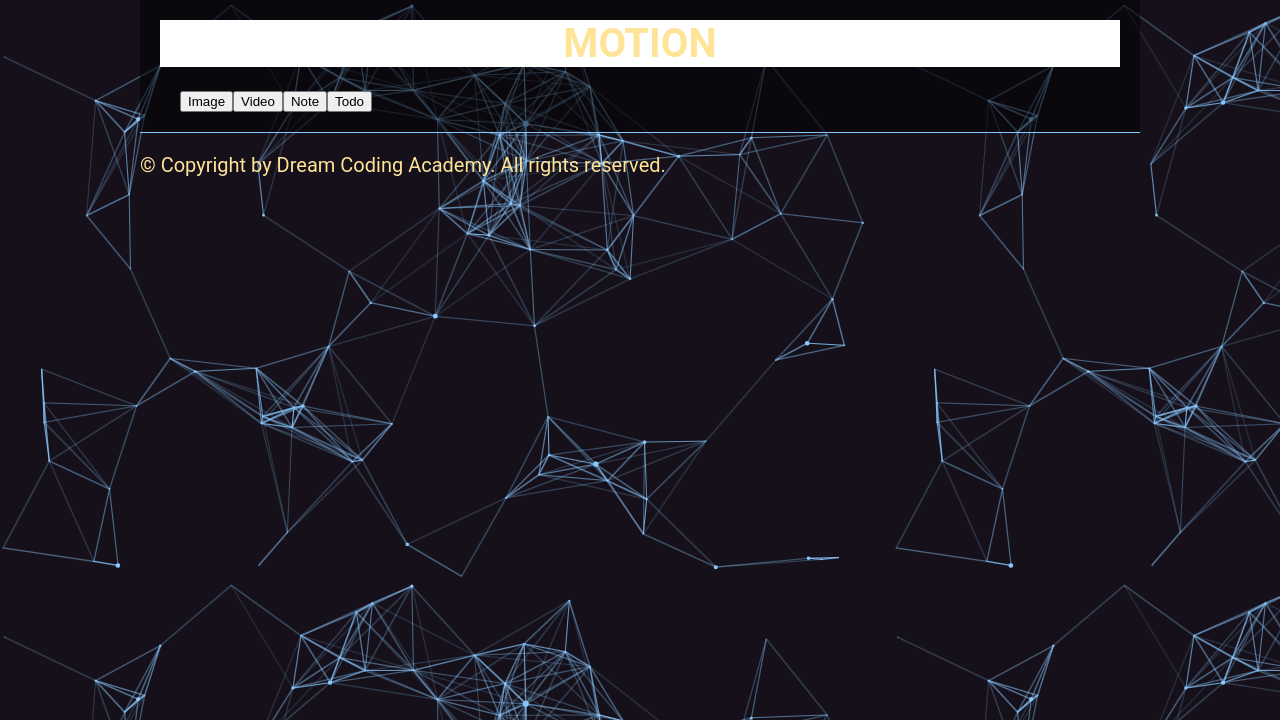
Repository: chefkuna/Motion
Page: index.html
An editor plug-in stored every save of this project. The page is shown before and after a run of saves, followed by the edit.
The browser window is 1280 px wide. The pictures show the whole page.

Above is the page before, as saved 2022-08-21 14:44:07.

After the next 3 saves:
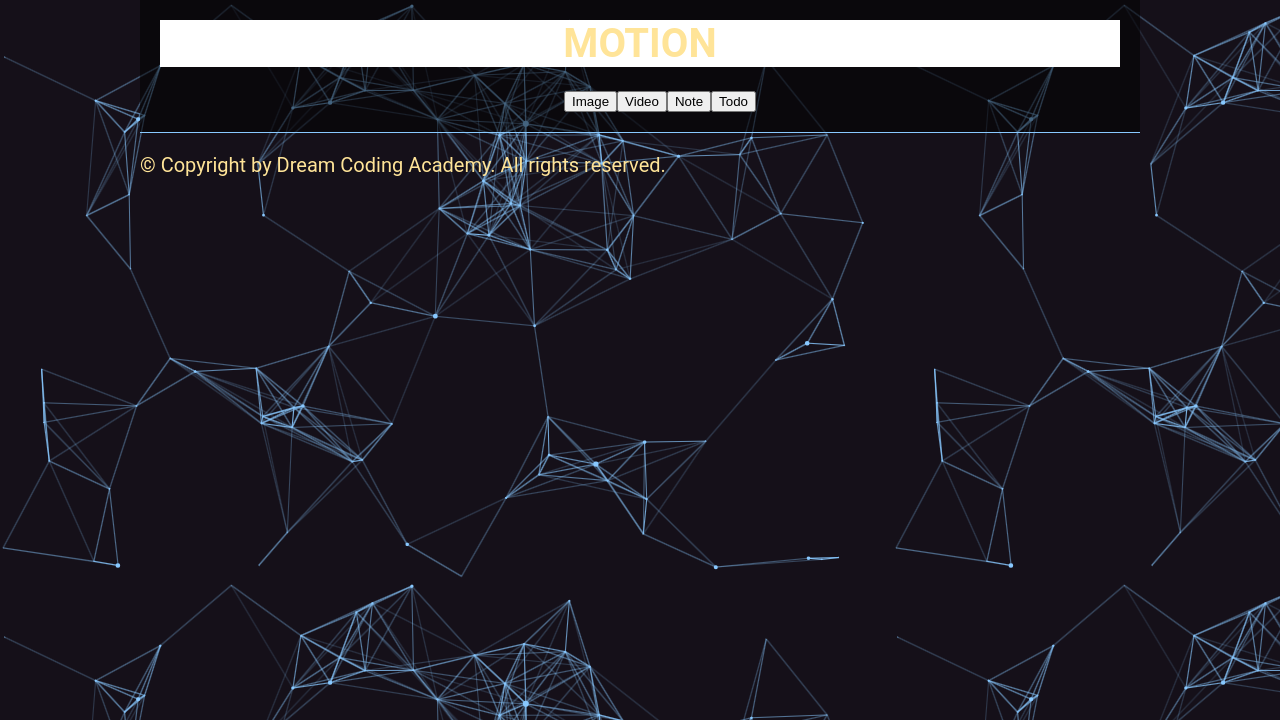
The 3 saves are shown as one change because they came seconds apart.
The last was saved 8 s later.
--- a/style/style.css
+++ b/style/style.css
@@ -58,6 +58,6 @@ body {
 
 .control-panel {
   display: flex;
-  align-items: center
+  align-items: center;
   justify-content: center;
 }
